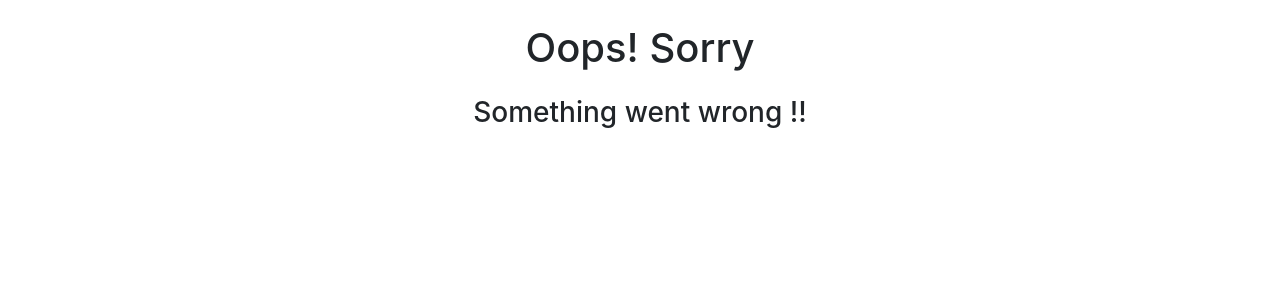
Repository: GovindParve/spring_mvc_maven_search_project
Page: http://localhost/springmvcsearch/home
An editor plug-in stored every save of this project. The page is shown before and after the next save, followed by the edit.
The browser window is 1280 px wide. The pictures show the whole page.
Some web libraries are served in a nearby version. The page is served by Tomcat 9.

Above is the page before, as saved 2023-06-18 17:54:03.

After the next save:
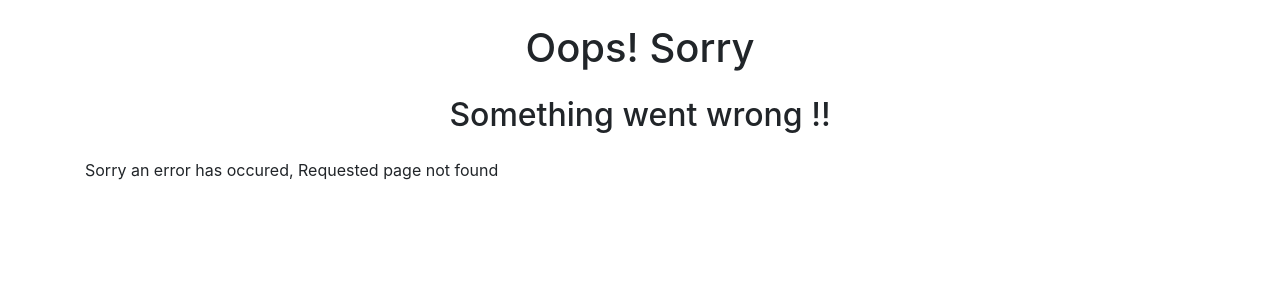
Saved 2 min 11 s later.
--- a/springmvcsearch/src/main/webapp/WEB-INF/views/null_page.jsp
+++ b/springmvcsearch/src/main/webapp/WEB-INF/views/null_page.jsp
@@ -31,7 +31,10 @@
 <%--   	<img alt="my image" src="<c:url value="/resources/image/tiger1.jpg" />"> --%>
     <div class="container">
     	<h1 class="text-center m-4">Oops! Sorry</h1>
-    	<h3 class="text-center m-4">Something went wrong !!</h3>
+    	<h2 class="text-center m-4">Something went wrong !!</h2>
+    	<div class="error-details">
+    		Sorry an error has occured, Requested page not found
+    	</div>
     	<!-- <div class="card mx-auto mt-5 bg-warning" style="width: 50%">
     		<div class="card-body py-5">
 
